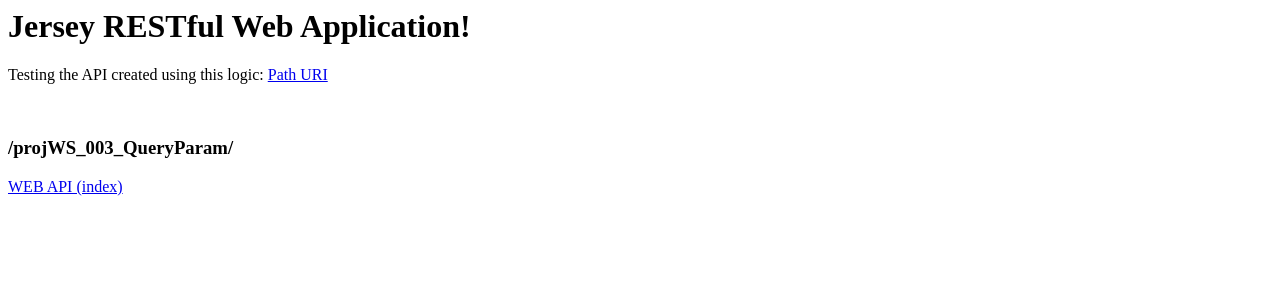
Repository: atafs/BackEnd_JAX-RS_REST_2continue
Page: http://localhost/projWS_002_Path/
An editor plug-in stored every save of this project. The page is shown before and after the next save, followed by the edit.
The browser window is 1280 px wide. The pictures show the whole page.
The page is served by Tomcat 9. Other server files are loaded and not shown.

Above is the page before, as saved 2016-05-02 10:36:51.

### projWS_002_Path/src/main/webapp/index.jsp
<html>
<body>
    <!-- TITLE -->
	<h1>Jersey RESTful Web Application!</h1>


	<!-- TXT -->
	<p>Testing the API created using this logic:
		<a href="http://www.mkyong.com/webservices/jax-rs/jax-rs-path-uri-matching-example/">Path URI</a>
	</p><br/>

	<!-- LINKS -->
	<h3>/projWS_003_QueryParam/</h3>
	<a href="http://localhost:8085/projWS_003_QueryParam/">WEB API (index)</a><br/><br/>

</body>
</html>

After the next save:
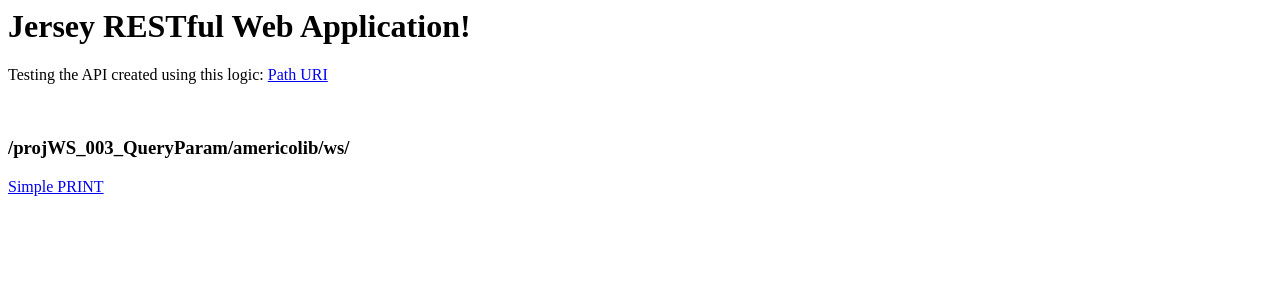
Saved 46 s later.
--- a/projWS_002_Path/src/main/webapp/index.jsp
+++ b/projWS_002_Path/src/main/webapp/index.jsp
@@ -10,8 +10,8 @@
 	</p><br/>
 
 	<!-- LINKS -->
-	<h3>/projWS_003_QueryParam/</h3>
-	<a href="http://localhost:8085/projWS_003_QueryParam/">WEB API (index)</a><br/><br/>
+	<h3>/projWS_003_QueryParam/americolib/ws/</h3>
+	<a href="http://localhost:8085/projWS_003_QueryParam/americolib/ws/2011/06/30">Simple PRINT</a><br/><br/>
 
 </body>
 </html>
